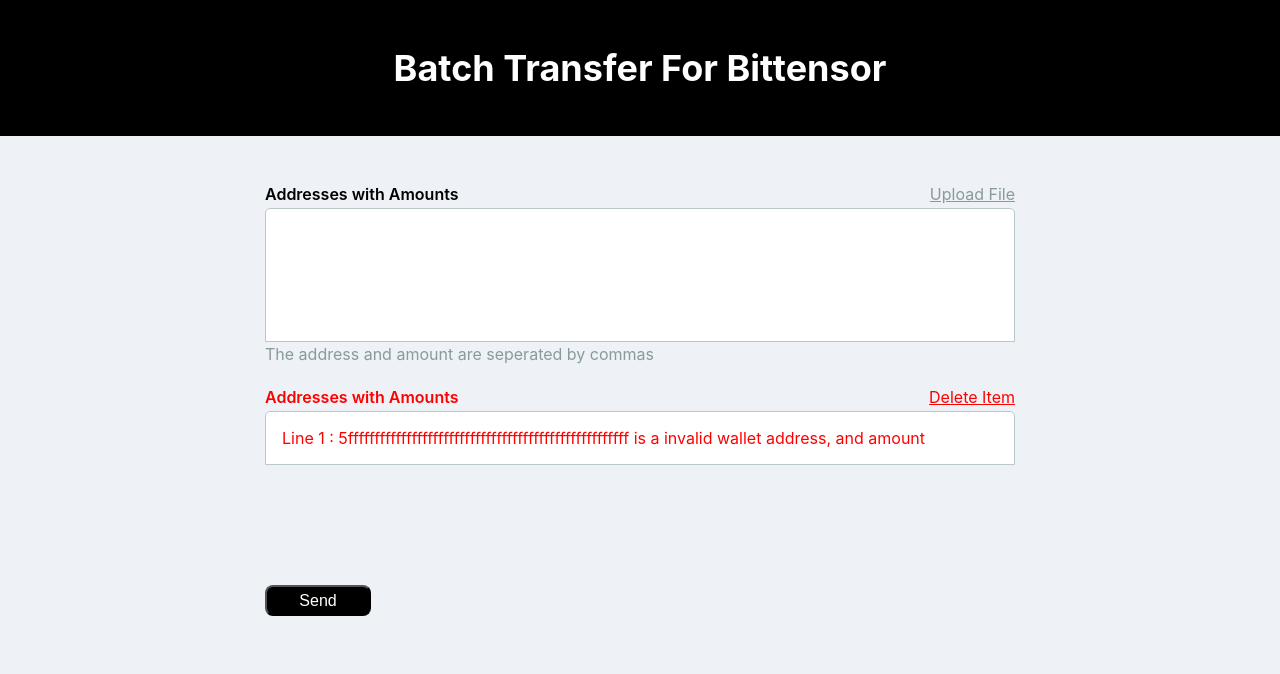
Repository: Dawid-Ace/batch_transfer_tao_master_ui
Page: /
The author's editor kept a copy of each file at every save. The page is drawn from the files as they stood at one save, then again after the next save.
The browser window is 1280 px wide. The pictures show the whole page.
The project was rebuilt for these pictures with package versions that can differ from the ones it lists, and the page was loaded fresh each time.

Above is the page before, as saved 2023-05-10 04:41:00.

After the next save:
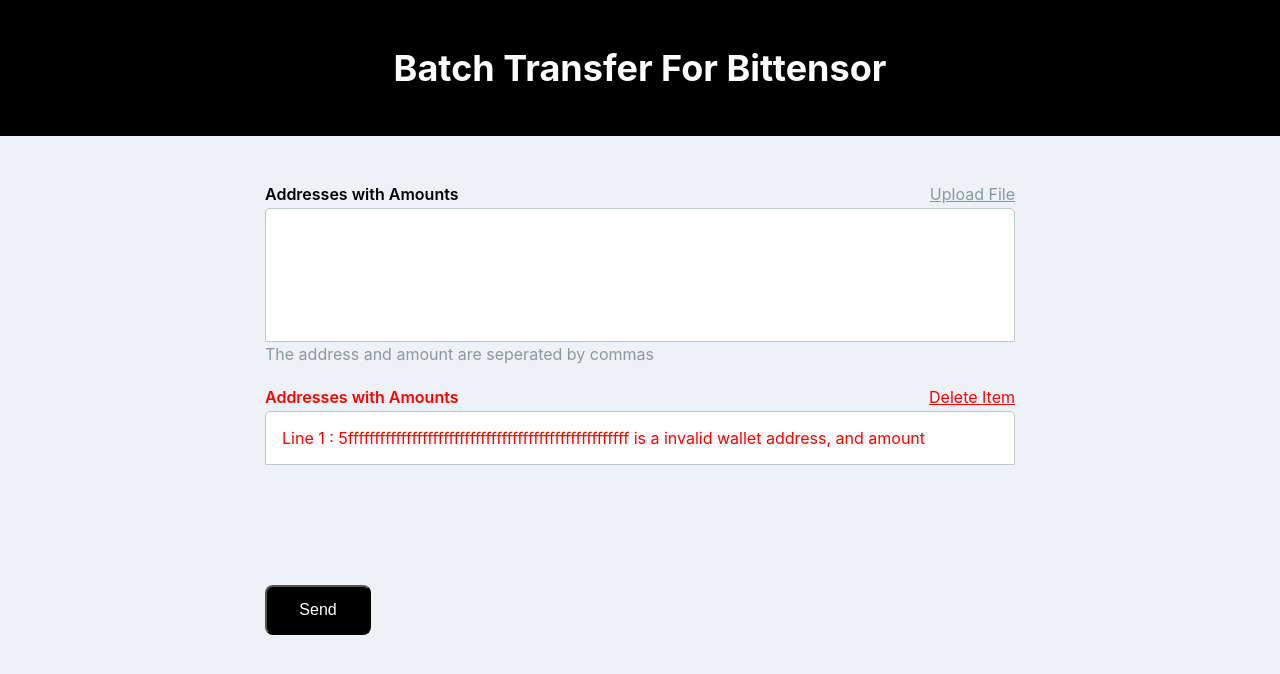
Saved 27 s later.
--- a/src/components/TransferForm/index.jsx
+++ b/src/components/TransferForm/index.jsx
@@ -89,9 +89,6 @@
     display: flex;
     flex-direction: column;
     flex-grow: 1;
-
-    max-height: 400px;
-    min-height: 400px;
     position: relative;
   `;
 
